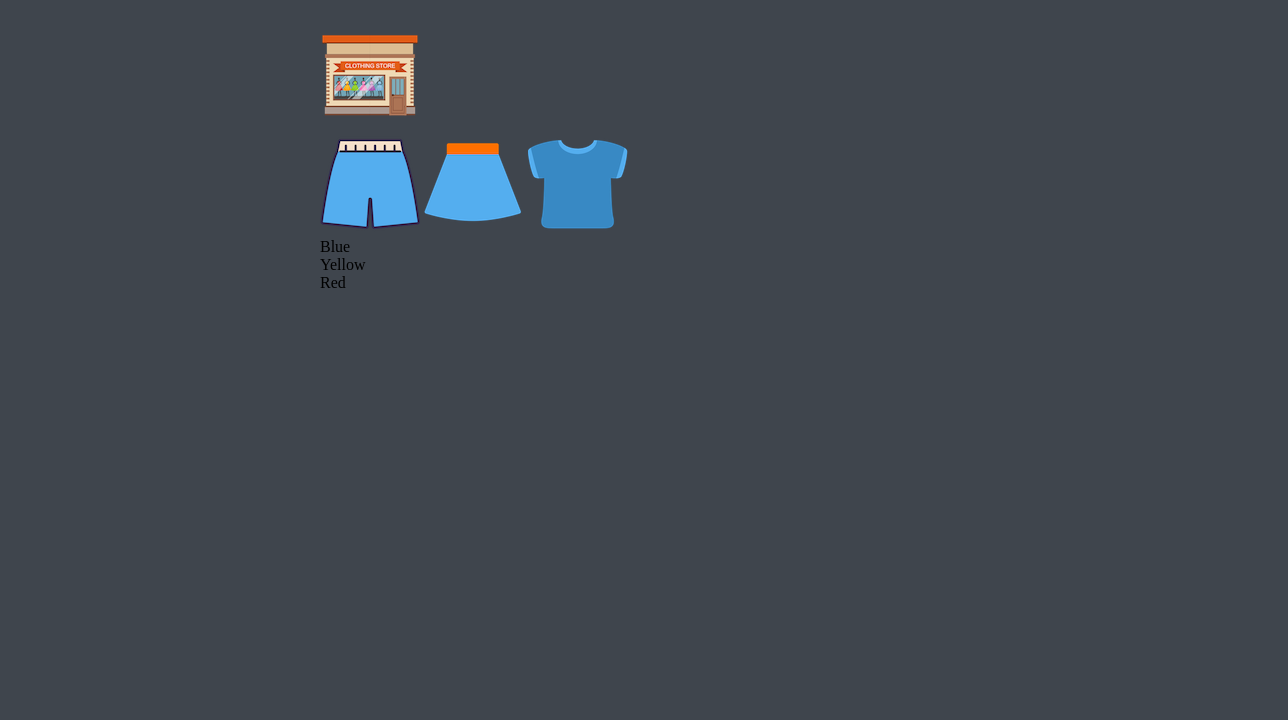
Repository: Jay-JYKim91/elle-shopping-mall
Page: index.html
An editor plug-in stored every save of this project. The page is shown before and after the next save, followed by the edit.
The browser window is 1280 px wide. The page is 1280 px wide, then 1288 px, so the pictures cover 1288 px, including what lies to the right of the window. The pictures show the whole page.

Above is the page before, as saved 2021-07-26 19:26:13.

After the next save:
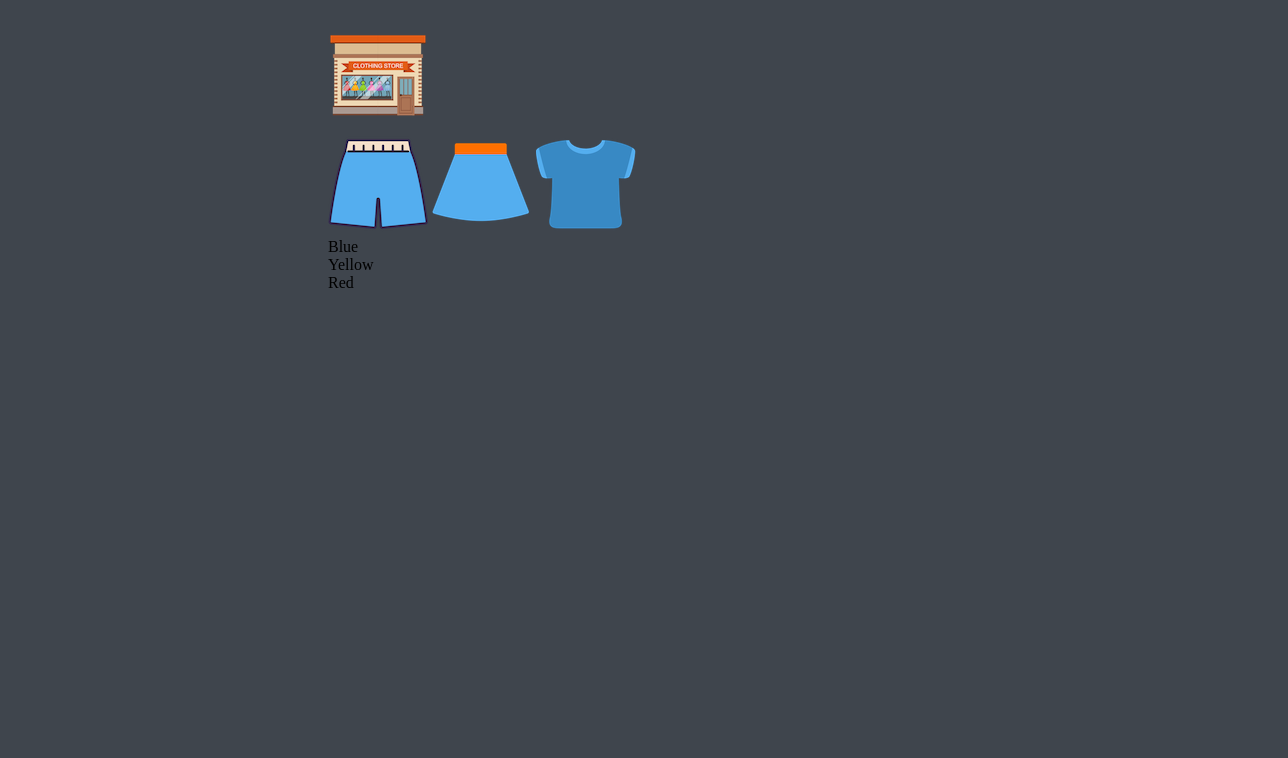
Saved 27 s later.
--- a/style.css
+++ b/style.css
@@ -13,9 +13,11 @@
 }
 body {
   background-color: var(--color-black);
+  height: 100vh;
+  width: 100vw;
 }
 .container {
   width: 50vw;
-  height: 80vh;
+  height: 70vh;
   margin: 30px auto;
 }
